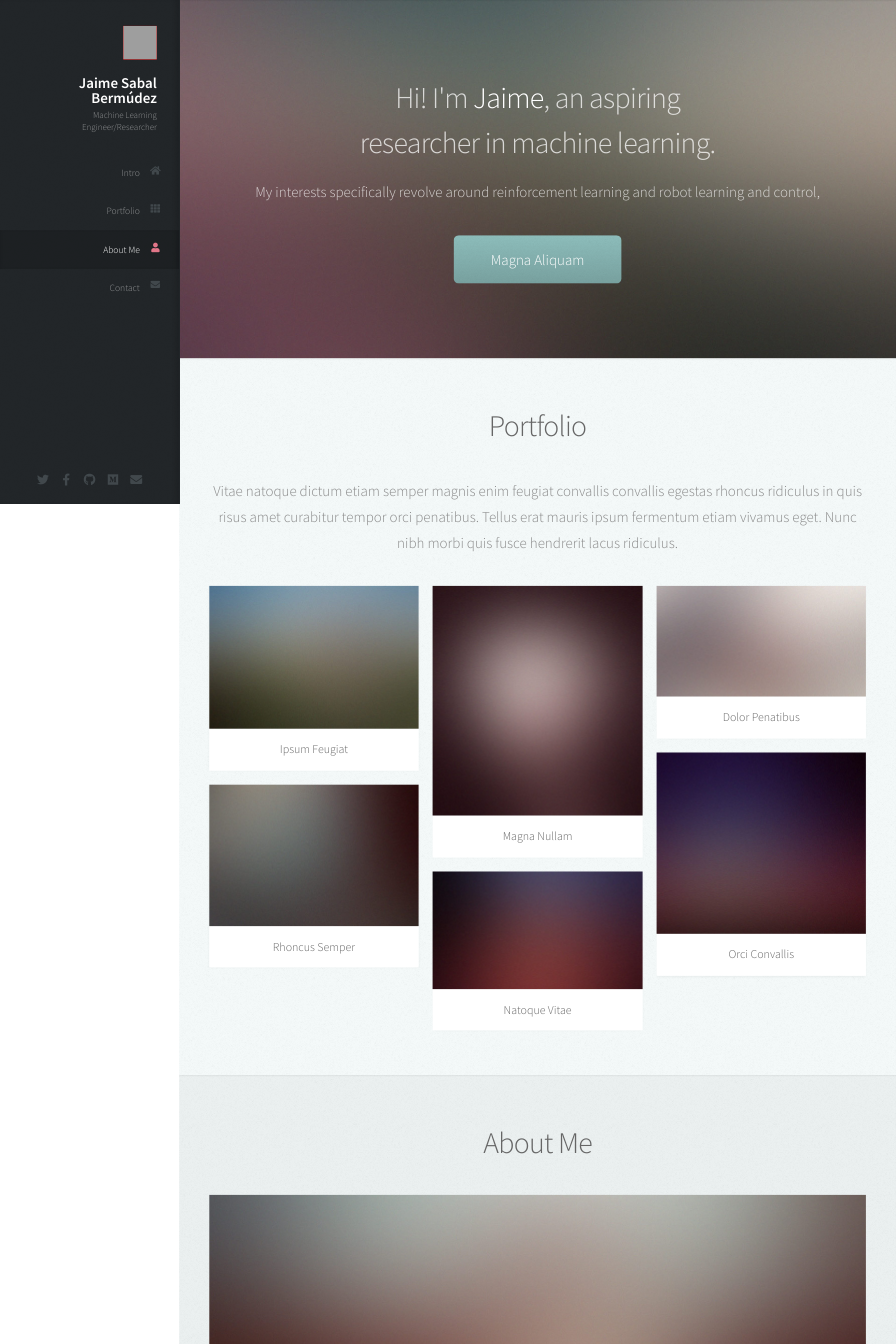
Repository: jaimesabalimperial/jaimesabalimperial.github.io
Page: index.html
An editor plug-in stored every save of this project. The page is shown before and after the next save, followed by the edit.
The browser window is 1280 px wide. The pictures show the part of the page from y = 0 to 1920 px (the page is 3303 px tall before and 3341 px after), at 70% of full size.
Pictures or frames that could not be fetched are drawn as grey boxes.

Above is the page before, as saved 2022-10-04 11:33:40.

After the next save:
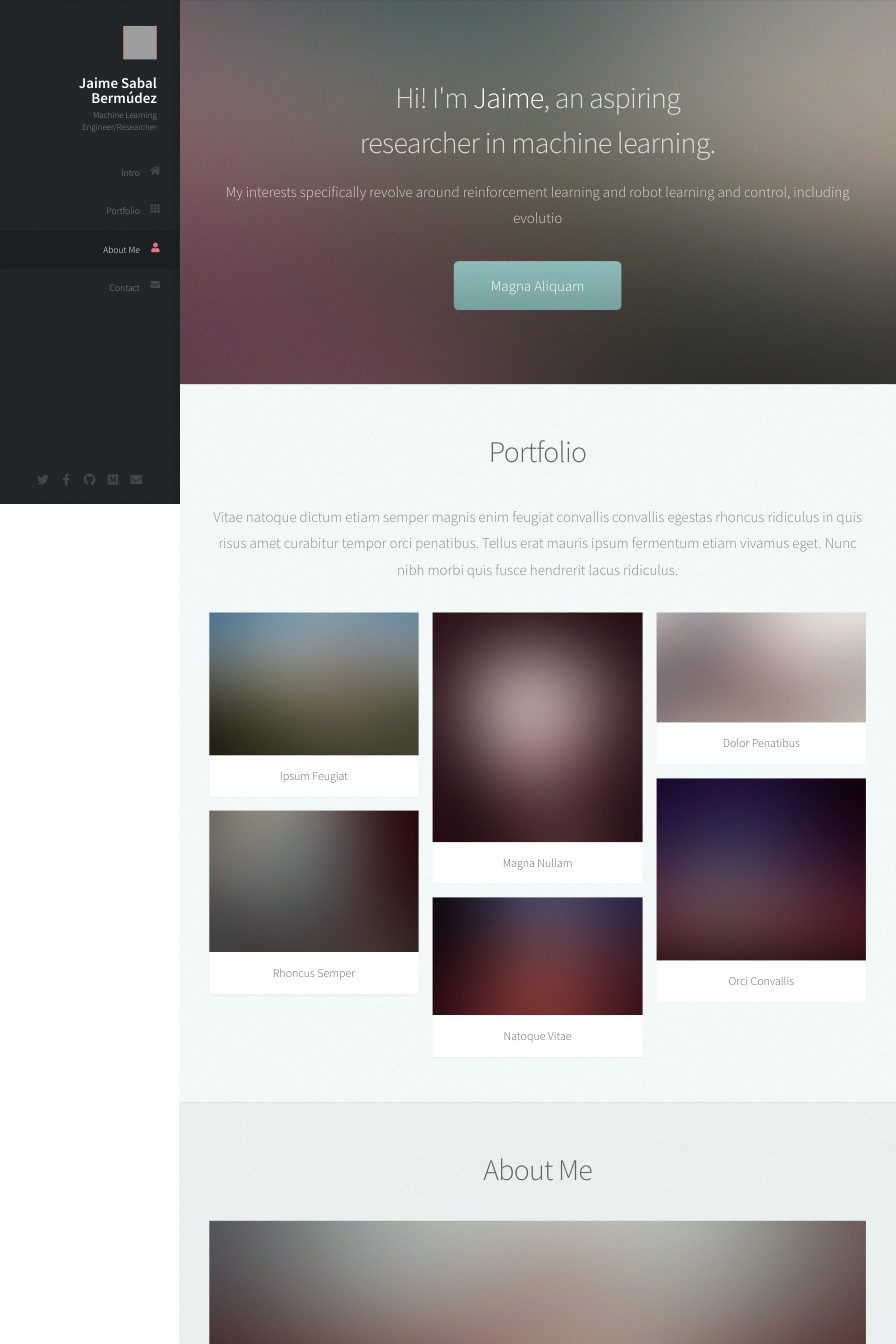
Saved 6 s later.
--- a/index.html
+++ b/index.html
@@ -62,7 +62,7 @@
 							<header>
 								<h2 class="alt">Hi! I'm <strong>Jaime</strong>, an aspiring <br />
 								researcher in machine learning</a>.</h2>
-								<p>My interests specifically revolve around reinforcement learning and robot learning and control, </p>
+								<p>My interests specifically revolve around reinforcement learning and robot learning and control, including evolutio</p>
 							</header>
 
 							<footer>
